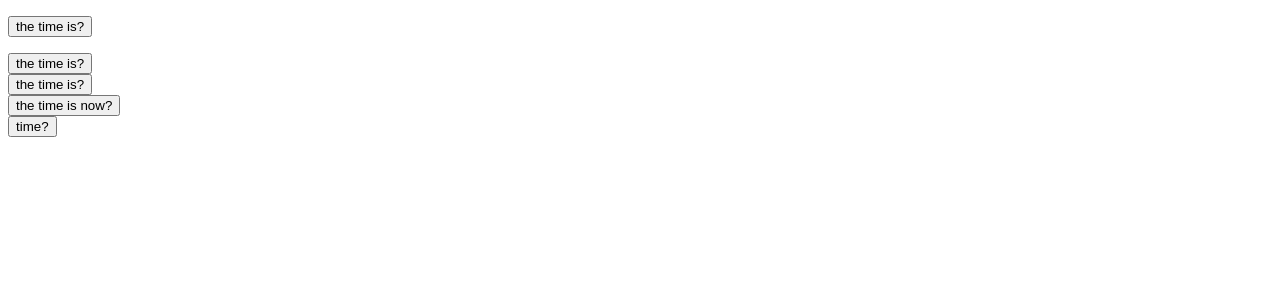
Repository: Dauddaniel/my-clock
Page: Bulb/Event.html
The author's editor kept a copy of each file at every save. The page is drawn from the files as they stood at one save, then again after the next save.
The browser window is 1280 px wide. The pictures show the whole page.

Above is the page before, as saved 2023-05-18 08:36:19.
Console error: SyntaxError: Unexpected token '='

After the next save:
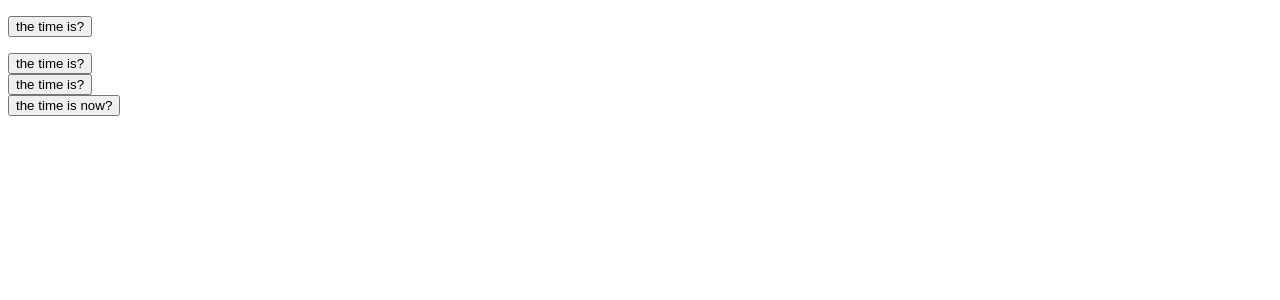
Saved 55 s later.
--- a/Bulb/Event.html
+++ b/Bulb/Event.html
@@ -20,7 +20,7 @@
         function DisplayDate(){=Document.getElementById(myTime).innerHTML=Date()}
     </script>
 
-    <button onmouseout="document.getElementById("onmouse").innerHTML=Date()">time?</button>
+
     <p id="onmouse"></p>
 
 </body>
